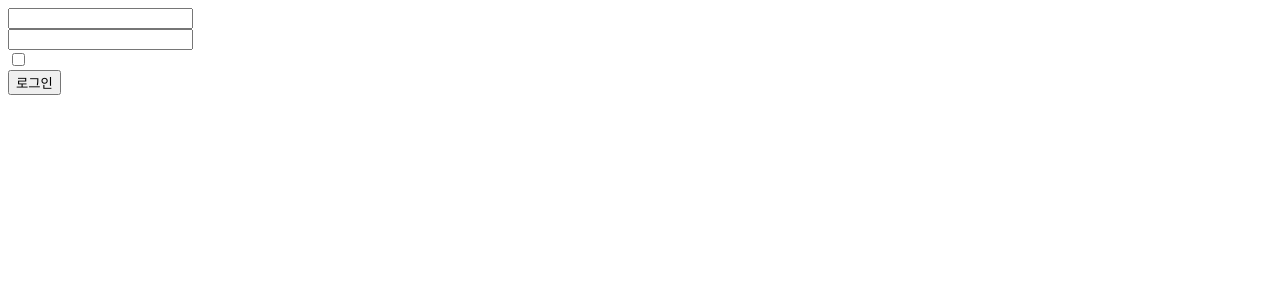
Repository: djdh94/jsp_practice
Page: http://localhost/JSPBasic/jspObject/objecttest/repository/test.jsp
An editor plug-in stored every save of this project. The page is shown before and after the next save, followed by the edit.
The browser window is 1280 px wide. The pictures show the whole page.
The page is served by Tomcat 9. Other server files are loaded and not shown.

Above is the page before, as saved 2022-02-07 08:39:10.

### JSPBasic/src/main/webapp/jspObject/objecttest/repository/test.jsp
<%@ page language="java" contentType="text/html; charset=UTF-8"
    pageEncoding="UTF-8"%>
<!DOCTYPE html>
<html>
<head>
<meta charset="UTF-8">
<title>Insert title here</title>
</head>
<body>
	<form action="cookie_login_ok.jsp">
	<input type="text" name="id"/><br/>
	<input type="password" name="pw"/><br/>
	<input type="checkbox" value="auto"/><br/>
	<input type="submit" value="로그인"/>
	</form>

</body>
</html>

After the next save:
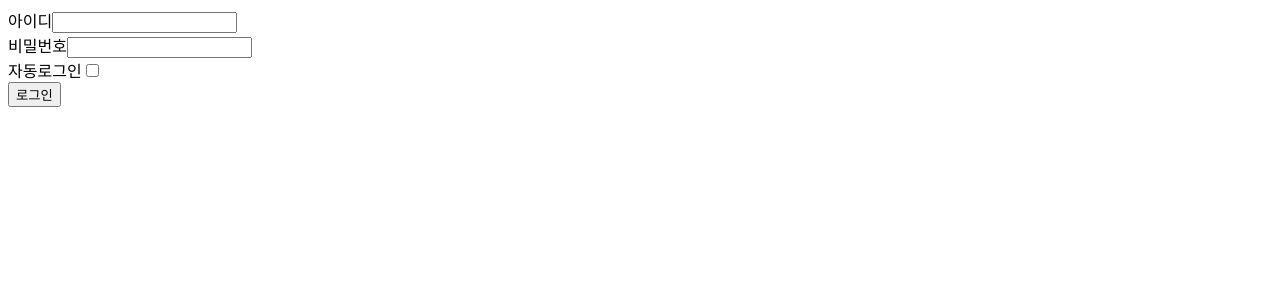
Saved 93 s later.
--- a/JSPBasic/src/main/webapp/jspObject/objecttest/repository/test.jsp
+++ b/JSPBasic/src/main/webapp/jspObject/objecttest/repository/test.jsp
@@ -7,10 +7,10 @@
 <title>Insert title here</title>
 </head>
 <body>
-	<form action="cookie_login_ok.jsp">
-	<input type="text" name="id"/><br/>
-	<input type="password" name="pw"/><br/>
-	<input type="checkbox" value="auto"/><br/>
+	<form action="test2.jsp">
+	아이디<input type="text" name="id"/><br/>
+	비밀번호<input type="password" name="pw"/><br/>
+	자동로그인<input type="checkbox" value="auto"/><br/>
 	<input type="submit" value="로그인"/>
 	</form>
 
